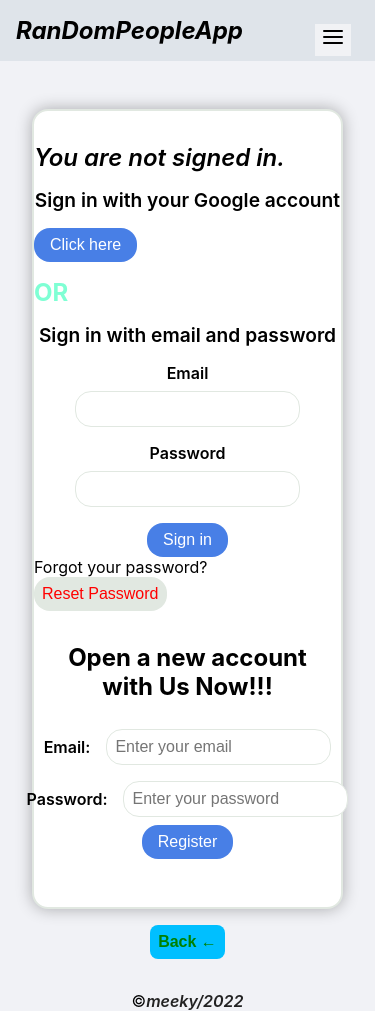
Repository: MikkyPrestige/RandomProfiles
Page: /profile
An editor plug-in stored every save of this project. The page is shown before and after a run of saves, followed by the edit.
The browser window is 375 px wide. The pictures show the whole page.
The project was rebuilt for these pictures with package versions that can differ from the ones it lists, and the page was loaded fresh each time. Also part of the build but not shown: src/assets/styles/home.css, src/components/home.jsx, src/components/users.jsx, src/assets/styles/search.css, src/components/search.jsx, src/assets/styles/help.css, src/components/help.jsx, src/assets/styles/about.css and 8 more.

Above is the page before, as saved 2022-12-07 03:14:59.

### public/index.html
<!DOCTYPE html>
<html lang="en">

<head>
  <meta charset="utf-8" />
  <link rel="icon" href="%PUBLIC_URL%/favicon.ico" />
  <meta name="viewport" content="width=device-width, initial-scale=1" />
  <meta name="theme-color" content="#000000" />
  <meta name="description" content="Web site created using create-react-app" />
  <link rel="apple-touch-icon" href="%PUBLIC_URL%/logo192.png" />
  <!--
      manifest.json provides metadata used when your web app is installed on a
      user's mobile device or desktop. See https://developers.google.com/web/fundamentals/web-app-manifest/
    -->
  <link rel="manifest" href="%PUBLIC_URL%/manifest.json" />
  <!--
      Notice the use of %PUBLIC_URL% in the tags above.
      It will be replaced with the URL of the `public` folder during the build.
      Only files inside the `public` folder can be referenced from the HTML.

      Unlike "/favicon.ico" or "favicon.ico", "%PUBLIC_URL%/favicon.ico" will
      work correctly both with client-side routing and a non-root public URL.
      Learn how to configure a non-root public URL by running `npm run build`.
    -->
  <title>AltSchool Assignment 2</title>
</head>

<body>
  <noscript>You need to enable JavaScript to run this app.</noscript>
  <div id="root"></div>
  <!--
      This HTML file is a template.
      If you open it directly in the browser, you will see an empty page.

      You can add webfonts, meta tags, or analytics to this file.
      The build step will place the bundled scripts into the <body> tag.

      To begin the development, run `npm start` or `yarn start`.
      To create a production bundle, use `npm run build` or `yarn build`.
    -->
</body>

</html>

### src/index.css
body {
  margin: 0;
  font-family: -apple-system, BlinkMacSystemFont, 'Segoe UI', 'Roboto', 'Oxygen',
    'Ubuntu', 'Cantarell', 'Fira Sans', 'Droid Sans', 'Helvetica Neue',
    sans-serif;
  -webkit-font-smoothing: antialiased;
  -moz-osx-font-smoothing: grayscale;
  background-color: #f1f2f6;
}

code {
  font-family: source-code-pro, Menlo, Monaco, Consolas, 'Courier New',
    monospace;
}

### src/App.jsx
import * as React from "react";
import { ErrorBoundary } from "react-error-boundary";
import { Route, Routes } from "react-router-dom";
import {
  Layout,
  Home,
  Users,
  Search,
  Help,
  About,
  Error,
  ErrorFallBack,
  Profile,
  ProfileDisplay,
  Register,
  UpdatePassword,
  Footer,
} from "./components";

const App = () => {
  return (
    <div className="App">
      <main>
        <ErrorBoundary FallbackComponent={ErrorFallBack}>
          <Layout />
          <Routes>
            <Route path="/" element={<Home />} />
            <Route path="users">
              <Route index element={<Users />} />
              <Route path=":id" element={<Search />} />
            </Route>
            <Route path="profile" element={<Profile />} />
            <Route path="profileDisplay" element={<ProfileDisplay />} />
            <Route path="register" element={<Register />} />
            <Route path="update" element={<UpdatePassword />} />
            <Route path="help" element={<Help />} />
            <Route path="about" element={<About />} />
            <Route path="*" element={<Error />} />
          </Routes>
        </ErrorBoundary>
        <Footer />
      </main>
    </div>
  );
};

export default App;

### src/components/index.js
export {  Layout, Back } from "./layout";
export { default as Home } from "./home";
export { default as Users } from "./users";
export { default as Search } from "./search";
export { default as Help } from "./help";
export { default as About } from "./about";
export { default as Error } from "./error";
export { default as ErrorFallBack } from "./errorFallback";
export { default as Profile } from "./profile";
export { default as ProfileDisplay } from "./profileDisplay";
export { default as Register } from "./register";
export { default as UpdatePassword } from "./update";
export { Footer } from "./avatar";

### src/components/layout.jsx
// LAYOUT COMPONENT - This component is for the App Layout that displays the Navigation bar in the app UI to the user when app is open

import { useState } from "react";
import { NavLink } from "react-router-dom";
import "../assets/styles/layout.css";
import { MdClose } from "react-icons/md";
import { FiMenu } from "react-icons/fi";

const CustomNavLink = ({ to, ...props }) => {
  let activeStyle = {
    textDecoration: "underline",
    color: "red",
  };

  return (
    <NavLink
      style={({ isActive }) =>
        isActive ? activeStyle : { textDecoration: "none" }
      }
      to={to}
      end
      {...props}
    />
  );
};

const LayoutSmall = () => {
  const [nav, setNav] = useState(false);

  const toggleNav = () => {
    setNav(!nav);
  };

  const closeNav = () => {
    setNav(false);
  };

  return (
    <div className="layout small">
      <header className="layout__header">
        <div className="layout__header--text">
          <h1 className="layout__header--title">RanDomPeopleApp</h1>
        </div>
        <nav className="layout__nav">
          <button onClick={toggleNav} className="layout--btn">
            {nav ? (
              <MdClose className="layout__btn--icon" />
            ) : (
              <FiMenu className="layout__btn--icon" />
            )}
          </button>
          <div className={`menuNav ${nav ? " showMenu" : ""}`}>
            <CustomNavLink
              to="/"
              end
              className="nav__item"
              onClick={() => closeNav()}
            >
              Home
            </CustomNavLink>
            <CustomNavLink
              to="profile"
              className="nav__item"
              onClick={() => closeNav()}
            >
              Users
            </CustomNavLink>
            <CustomNavLink
              to="about"
              className="nav__item"
              onClick={() => closeNav()}
            >
              About
            </CustomNavLink>
            <CustomNavLink
              to="help"
              className="nav__item"
              onClick={() => closeNav()}
            >
              Features
            </CustomNavLink>
          </div>
        </nav>
      </header>
    </div>
  );
};

const LayoutLarge = () => {
  return (
    <div className="layout large">
      <header className="layout__header">
        <div className="layout__header--text">
          <h1 className="layout__header--title">RanDomPeopleApp</h1>
        </div>
        <nav className="layout__nav">
          <div className="nav__items--large">
            <CustomNavLink to="/" className="nav__item--large">
              Home
            </CustomNavLink>
            <CustomNavLink to="profile" className="nav__item--large">
              Users
            </CustomNavLink>
            <CustomNavLink to="about" className="nav__item--large">
              About
            </CustomNavLink>
            <CustomNavLink to="help" className="nav__item--large">
              Features
            </CustomNavLink>
          </div>
        </nav>
      </header>
    </div>
  );
};

const Layout = () => {
  return (
    <div>
      <LayoutSmall />
      <LayoutLarge />
    </div>
  );
};

//  Navigate back home button
const Back = () => {
  const [isHover, setIsHover] = useState(false);

  const handleMouseEnter = () => {
    setIsHover(true);
  };

  const handleMouseLeave = () => {
    setIsHover(false);
  };

  const style = {
    border: "none",
    borderRadius: ".5rem",
    padding: " .5rem",
    fontSize: "1rem",
    fontWeight: "600",
    cursor: "pointer",
    backgroundColor: isHover ? "lightblue" : "rgb(0, 191, 255)",
    color: isHover ? "#f00" : "green",
  };

  return (
    <NavLink to="/" className="back__button">
      <button
        style={style}
        onMouseEnter={handleMouseEnter}
        onMouseLeave={handleMouseLeave}
      >
        Back ←{" "}
      </button>
    </NavLink>
  );
};

export { Layout, Back };

### src/components/profile.jsx
import {
  signInWithRedirect,
  auth,
  provider,
  getRedirectResult,
  onAuthStateChanged,
  createUserWithEmailAndPassword,
  // RecaptchaVerifier,
  // signInWithPhoneNumber,
  signInWithEmailAndPassword,
  sendPasswordResetEmail,
} from "../config";
import { useEffect, useState } from "react";
import { useNavigate } from "react-router-dom";
import "../assets/styles/profile.css";
import { Back } from "./layout";

const Profile = () => {
  const [user, setUser] = useState(null);
  const [signedIn, setSignedIn] = useState(false);
  // sign in form state
  const [email, setEmail] = useState("");
  const [password, setPassword] = useState("");
  const [error, setError] = useState(null);
  // Register form state
  const [registerEmail, setRegisterEmail] = useState("");
  const [registerPassword, setRegisterPassword] = useState("");
  const [registerError, setRegisterError] = useState(null);

  const navigate = useNavigate();

  // handle register form
  const handleRegister = (e) => {
    e.preventDefault();
    createUserWithEmailAndPassword(auth, registerEmail, registerPassword)
      .then(() => {
        // Signed in
        console.log("User account created & signed in!");
      })
      .catch((registerError) => {
        if (registerError.code === "auth/email-already-in-use") {
          setRegisterError("This email address is already in use!");
        }
        if (registerError.code === "auth/invalid-email") {
          setRegisterError("This email address is invalid!");
        }
        if (registerError.code === "auth/weak-password") {
          setRegisterError("Password should be at least 6 characters");
        }
        console.error(registerError);
      });
  };

  // sign in with email and password
  const handleSignIn = (e) => {
    e.preventDefault();
    signInWithEmailAndPassword(auth, email, password)
      .then(() => {
        console.log("User signed in!");
      })
      .catch((error) => {
        if (error.code === "auth/wrong-password") {
          setError("Wrong password!");
        }
        if (error.code === "auth/user-not-found") {
          setError("User not found!");
        }
        console.error(error);
      });
  };

  // handle sign In
  const signIn = (e) => {
    e.preventDefault();
    signInWithRedirect(auth, provider);
  };

  // Send a password reset email
  const handlePasswordReset = (e) => {
    e.preventDefault();
    sendPasswordResetEmail(auth, email)
      .then(() => {
        // console.log("Password reset email sent!");
        alert("Password reset email sent!");
      })
      .catch((error) => {
        const errorCode = error.code;
        const errorMessage = error.message;
        // console.error(errorMessage, errorCode);
        alert(errorMessage, errorCode);
      });
  };

  // Get redirect result
  useEffect(() => {
    getRedirectResult(auth)
      .then((result) => {
        if (result) {
          setSignedIn(true);
        } else {
          console.log("No user");
        }
      })
      .catch((error) => {
        console.log(error);
      });
  }, [navigate]);

  // Check auth state
  useEffect(() => {
    onAuthStateChanged(auth, (user) => {
      if (user) {
        navigate("/users");
      } else {
        setUser(null);
      }
    });
  }, [navigate]);

  return (
    <div className="profile">
      <div className="profile__container">
        <div className="profile__desc">
          <div className="profile__user">
            <div className="sign__wrapper">
              <h1 className="profile__title">You are not signed in.</h1>
              <h2 className="sign__heading">
                Sign in with your Google account
              </h2>
              <button onClick={signIn} className="sign__btn">
                Click here
              </button>
              <p className="or">OR</p>
              <h2 className="sign__heading">Sign in with email and password</h2>
              <form onSubmit={handleSignIn} className="sign__form">
                <label htmlFor="email" className="sign__label">
                  Email
                </label>
                <input
                  type="email"
                  name="email"
                  id="email"
                  value={email}
                  onChange={(e) => setEmail(e.target.value)}
                  className="sign__input"
                />
                <label htmlFor="password" className="sign__label">
                  Password
                </label>
                <input
                  type="password"
                  name="password"
                  id="password"
                  value={password}
                  onChange={(e) => setPassword(e.target.value)}
                  className="sign__input"
                />
                {error && <p className="error">{error}</p>}
                <button type="submit" className="sign__btn">
                  Sign in
                </button>
              </form>
              <div>
                <span>Forgot your password? </span>
                <button onClick={handlePasswordReset} className="btn">
                  Reset Password
                </button>
              </div>
            </div>
            <div className="register__container">
              <h2 className="register__title">
                Open a new account with Us Now!!!
              </h2>
              <form onSubmit={handleRegister} className="register__form">
                <div className="register__group">
                  <label htmlFor="email" className="register__label">
                    Email:
                  </label>
                  <input
                    type="email"
                    name="email"
                    value={registerEmail}
                    placeholder="Enter your email"
                    onChange={(e) => setRegisterEmail(e.target.value)}
                    className="register__input"
                  />
                </div>
                <div className="register__group">
                  <label htmlFor="password" className="register__label">
                    Password:
                  </label>
                  <input
                    type="password"
                    name="password"
                    placeholder="Enter your password"
                    value={registerPassword}
                    onChange={(e) => setRegisterPassword(e.target.value)}
                    className="register__input"
                  />
                </div>
                {registerError && <p className="error">{registerError}</p>}
                <button type="submit" className="sign__btn">
                  Register
                </button>
              </form>
            </div>
          </div>
        </div>
        <Back />
      </div>
    </div>
  );
};

export default Profile;

### src/components/avatar.jsx
// AVATAR COMPONENT - This component is for the Images used in the app.

import "../assets/styles/layout.css";

export const Avatar = ({ image = "", alt = "", style = {} }) => {
  return (
    <div className="avatar">
      <img src={image} alt={alt} style={style} />
    </div>
  );
};

// FOOTER COMPONENT - for the attribution

export const Footer = () => {
  return (
    <div className="attribution">
      <footer>
        &copy;
        <a
          href="https://github.com/MeekyBerry"
          target="_blank"
          rel="noreferrer"
          className="footer"
        >
          meeky/2022
        </a>
      </footer>
    </div>
  );
};

### src/assets/styles/layout.css
.layout {
  background-color: #dfe4ea;
  width: 100%;
}

.layout__nav {
  display: flex;
  align-items: center;
  justify-content: space-between;
  position: relative;
  padding-right: 2rem;
}

.layout__header {
  display: flex;
  justify-content: space-between;
  align-items: center;
}

.layout__header--title {
  font-style: oblique;
  padding-left: 2rem;
}

.layout--btn {
  position: fixed;
  top: 1.5rem;
  right: 1.5rem;
  z-index: 10;
  background-color: #f1f2f5;
  border: none;
  font-size: 1.5rem;
  cursor: pointer;
}

.menuNav {
  position: fixed;
  top: 6rem;
  right: 0;
  width: 0;
  max-width: 10rem;
  height: 100%;
  background-color: #f1f2f5;
  z-index: 5;
  overflow: hidden;
}

.menuNav.showMenu {
  width: 100%;
  transition: all 2s ease-in;
  -webkit-transition: all 2s ease-in;
  -moz-transition: all 2s ease-in;
  -ms-transition: all 2s ease-in;
  -o-transition: all 2s ease-in;
}

.nav__items {
  display: flex;
  align-items: center;
  list-style: none;
}

.nav__item {
  font-size: 1.2rem;
  padding: 1rem;
  text-transform: uppercase;
  display: block;
  text-align: center;
  text-transform: uppercase;
  color: #0046dc;
}

.nav__item:hover {
  color: #7dd5c6;
}

.nav__items--large {
  display: flex;
  gap: 2rem;
}

.nav__item--large {
  text-transform: uppercase;
  font-size: 1.1rem;
  font-weight: 700;
  letter-spacing: .2rem;
  color: #0046dc;
}

.attribution {
  text-align: center;
}

.footer {
  color: #222;
  text-decoration: none;
  cursor: pointer;
  font-style: italic;
  font-weight: 600;
}

/* MEDIA QUERY TO HIDE THE NAVIGATION BAR HAMBURGER ON LARGE SCREENS */
@media screen and (max-width: 500px) {
  .layout__header--title {
    font-size: 1.5rem;
    padding-left: 1rem;
  }

  .layout__nav {
    padding-right: 1rem;
  }

  .nav__item {
    font-size: 1rem;
  }
}

@media screen and (min-width: 768px) {
  .small {
    display: none;
  }

  .large {
    display: block;
  }
}

@media screen and (max-width: 768px) {
  .small {
    display: block;
  }

  .large {
    display: none;
  }
}

@media screen and (max-width: 900px) {
  .nav__item--large {
    font-size: 1rem;
    margin-right: -.5rem;
  }

}

### src/assets/styles/users.css
.users {
  background-color: #fff;
  border: 1px solid #ccc;
  border-radius: 0.5rem;
  padding: 1rem;
  margin: 1rem;
}

.users__container {
  display: flex;
  flex-direction: column;
  justify-content: center;
  align-items: center;
}

.users__heading {
  text-align: center;
  text-transform: uppercase;
  font-size: 1.5rem;
  font-weight: bold;
  margin-bottom: 1rem;
}

.users__list {
  list-style: none;
  padding: 2rem;
  margin: 1rem auto;
  width: 85%;
  display: grid;
  grid-template-columns: repeat(3, minmax(200px, 1fr));
  grid-gap: 3rem;
}

.user__items {
  border-bottom: 1px solid #ccc;
}

.user__item {
  background-color: #fff;
  border: 1px solid #ccc;
  border-radius: 0.5rem;
  padding: 1rem;
}

.user__img {
  width: 80%;
  border-radius: 10%;
  margin-left: 1rem;
}

/* BUTTON BELOW */
.btn__container {
  display: flex;
  justify-content: center;
  align-items: center;
}

.active:hover {
  background-color: #ced6e0;
  color: #1e90ff;
}

.active:active {
  background-color: #70a1ff;
  color: #ced6e0;
}

.btn__array {
  padding: 0.5rem;
  margin: 0.5rem;
  font-size: 1rem;
  border-radius: 0.5rem;
  border: none;
  cursor: pointer;
}

.search__box {
  display: flex;
  justify-content: center;
  align-items: center;
}

.search__link {
  background-color: #fff;
  border: 1px solid #ccc;
  color: #1e90ff;
  border-radius: 1rem;
  width: 18rem;
  padding: 0.5rem;
  margin: 1rem;
  font-size: 1rem;
  font-weight: bold;
  cursor: pointer;
  text-align: center;
  text-decoration: none;
  animation: search 1s ease-in-out infinite;
}

.search__link:hover {
  background-color: #1e90ff;
  color: #fff;
  animation: none;
}

.search__link:active {
  background-color: #70a1ff;
  color: #fff;
  animation: none;
}

@keyframes search {
  0% {
    transform: scale(1);
  }

  50% {
    transform: scale(1.2);
  }

  100% {
    transform: scale(1);
  }
}

### src/config/index.js
// Import the functions you need from the SDKs you need
import { initializeApp } from "firebase/app";
import {
  getAuth,
  signInWithRedirect,
  GoogleAuthProvider,
  getRedirectResult,
  onAuthStateChanged,
  createUserWithEmailAndPassword,
  RecaptchaVerifier,
  signInWithPhoneNumber,
  signInWithEmailAndPassword,
  sendPasswordResetEmail,
  updatePassword,
  signOut,
  deleteUser,
} from "firebase/auth";

// web app's Firebase configuration
const firebaseConfig = {
  apiKey: "AIzaSyCfrfw6chi091bWLqJvanxAUTxgJ5XqEu0",
  authDomain: "random-people-app.firebaseapp.com",
  projectId: "random-people-app",
  storageBucket: "random-people-app.appspot.com",
  messagingSenderId: "1097586453252",
  appId: "1:1097586453252:web:4575afe7663a752ae77e51",
};

// Initialize Firebase
const app = initializeApp(firebaseConfig);
// Setup Google auth provider
const provider = new GoogleAuthProvider();

const auth = getAuth();

export {
  app,
  provider,
  auth,
  signInWithRedirect,
  getRedirectResult,
  onAuthStateChanged,
  createUserWithEmailAndPassword,
  RecaptchaVerifier,
  signInWithPhoneNumber,
  signInWithEmailAndPassword,
  sendPasswordResetEmail,
  updatePassword,
  signOut,
  deleteUser,
};

### src/assets/styles/profile.css
.profile {
  padding: 2rem;
  height: 100%;
}

.or {
  font-size: 1.5rem;
  color: #7fffd4;
  font-weight: bold;
  margin: 1rem 0;
}

.profile__container {
  display: flex;
  flex-direction: column;
  align-items: center;
  justify-content: center;
}

.profile__desc {
  /* text-align: center; */
  max-width: 500px;
  width: 100%;
  margin: 1rem;
}

.profile__user {
  background-color: #fff;
  border: 2px solid #e1e8e1;
  border-radius: 1rem;
  box-shadow: 0 0 1rem rgba(0, 0, 0, 0.3);
  padding: 1rem 0;
}

.profile__title {
  font-size: 2rem;
  font-weight: 600;
  font-style: oblique;
}

.profile__paragraph {
  margin: 2rem 0;
}

.profile__detail {
  font-size: 1.2rem;
  font-weight: 400;
}

.profile__link {
  font-size: 1.2rem;
  font-weight: 600;
  background-color: #0651dd;
  color: #f1f2f6;
  padding: 0.4rem;
  border-radius: 0.5rem;
  text-decoration: none;
}

.profile__link:hover {
  background-color: #1550bd;
  color: #fff;
  text-decoration: underline;
}

.profile__buttons {
  display: flex;
  flex-direction: column;
  align-items: center;
  gap: .5rem;
}

.btn__wrapper {
  display: flex;
  justify-content: center;
  align-items: center;
  gap: 5rem;
  margin-top: .5rem;
}

.btn__link {
  font-size: 1.3rem;
  font-weight: 600;
  color: green;
  text-decoration: none;
}

.btn__link:hover {
  text-decoration: underline;
}

.btn {
  background-color: #e1e8e1;
  color: red;
  border: none;
  border-radius: 1rem;
  padding: .5rem;
  font-size: 1rem;
  cursor: pointer;
}

.btn:hover {
  background-color: #d1d8d1;
  color: #0651ddbb;
}

.btn:active {
  background-color: #c1c8c1;
  color: #0651ddbb;
}

.sign__btn {
  background-color: #0651ddbb;
  color: #fff;
  border: none;
  border-radius: 1rem;
  padding: .5rem 1rem;
  font-size: 1rem;
  cursor: pointer;
}

.sign__btn:hover {
  background-color: #0651dd;
  color: #fff;
}

.sign__btn:active {
  background-color: #0651dd;
  color: #fff;
}

.sign__heading {
  font-size: 1.2rem;
  font-weight: 600;
  text-align: center;
  margin-bottom: 1rem;
}

.sign__form {
  display: flex;
  flex-direction: column;
  justify-content: center;
  align-items: center;
}

.sign__label {
  font-size: 1rem;
  font-weight: 600;
  margin-bottom: .5rem;
}

.sign__input {
  border: 1px solid #e1e8e1;
  border-radius: 1rem;
  padding: .5rem;
  font-size: 1rem;
  margin-bottom: 1rem;
}

.sign__input:focus {
  outline: none;
}

.register {
  padding: 2rem;
  height: 100%;
}

.register__container {
  margin: 2rem;
  text-align: center;
}

.register__title {
  font-size: 1.5rem;
  font-weight: 700;
  text-align: center;
}

.register__phone {
  font-size: 1.2rem;
  font-weight: 600;
  text-align: center;
  margin-top: 1rem;
}

.register__form {
  display: flex;
  flex-direction: column;
  justify-content: center;
  align-items: center;
  margin: 1rem;
}

.register__form--title {
  font-size: 1.2rem;
  font-weight: 600;
}

.register__group {
  display: flex;
  justify-content: center;
  align-items: center;
  gap: 1rem;
  margin: .5rem;
}

.register__label {
  font-size: 1rem;
  font-weight: 600;
}

.register__input {
  border: 1px solid #e1e8e1;
  border-radius: 1rem;
  padding: .5rem;
  font-size: 1rem;
}

.register__input:focus {
  outline: none;
}

.error {
  color: red;
  font-size: 1rem;
  font-weight: 600;
  margin-top: -.5rem;
}

@media screen and (max-width: 600px) {
  .profile__title {
    font-size: 1.5rem;
  }

  .profile__detail {
    display: flex;
    flex-direction: column;
    align-items: center;
    justify-content: center;
  }

}

Loaded but not shown: src/index.js (common file)

After the next 2 saves:
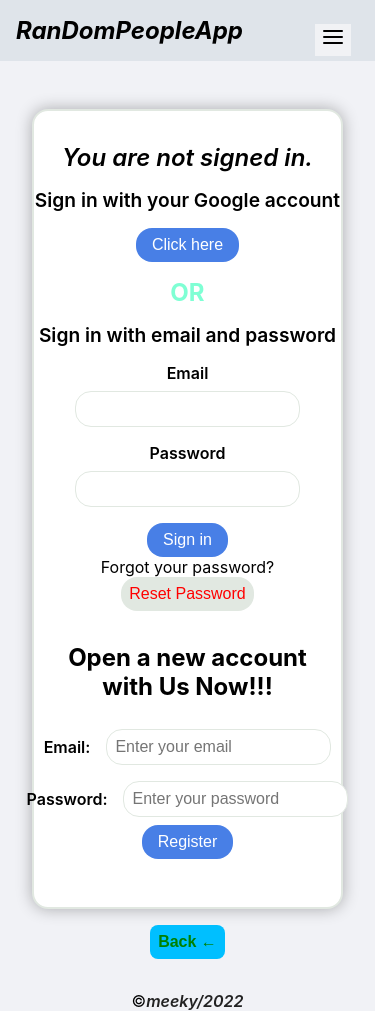
The 2 saves are shown as one change because they came seconds apart.
The last was saved 51 s later.
--- a/src/assets/styles/profile.css
+++ b/src/assets/styles/profile.css
@@ -18,7 +18,7 @@
 }
 
 .profile__desc {
-  /* text-align: center; */
+  text-align: center;
   max-width: 500px;
   width: 100%;
   margin: 1rem;
@@ -229,6 +229,10 @@
 }
 
 @media screen and (max-width: 600px) {
+  .profile__desc {
+    max-width: 100%;
+  }
+
   .profile__title {
     font-size: 1.5rem;
   }
